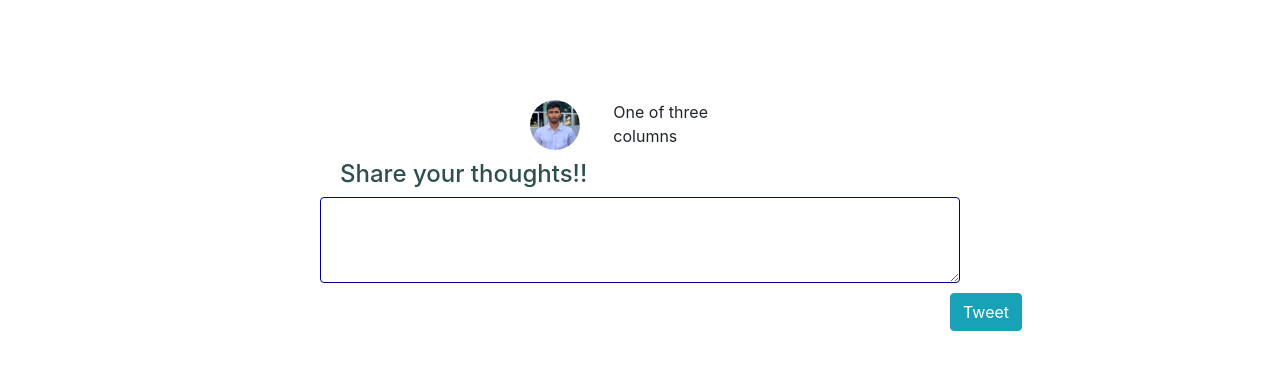
Repository: rashmikagamage/OAuth-Implementation
Page: / (app in frontend/)
These files come from the project's save history. The page is drawn as it stood at one moment and after the next save; the edit follows.
The browser window is 1280 px wide. The pictures show the whole page.
Some web libraries are served in a nearby version. The project was rebuilt for these pictures with package versions that can differ from the ones it lists, and the page was loaded fresh each time. Also part of the build but not shown: frontend/src/components/login.js, frontend/src/components/git-home.js, frontend/src/App.css.

Above is the page before, as saved 2021-09-08 10:43:53.

After the next save:
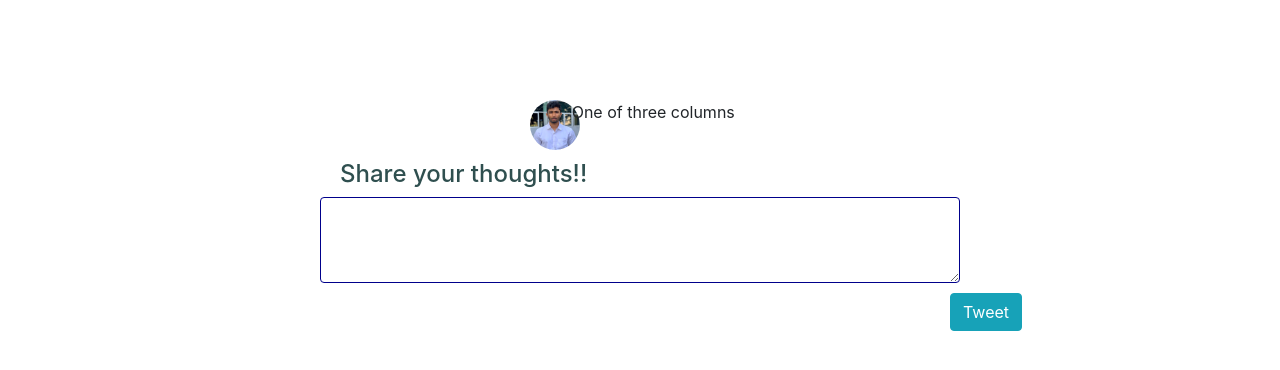
Saved 4 s later.
--- a/frontend/src/components/twitter-home.js
+++ b/frontend/src/components/twitter-home.js
@@ -12,7 +12,7 @@ function TwitterHome(props) {
     <div>
       <div class="container avatar-cont">
         <div class="row">
-          <div class="col-sm-4">
+          <div class="col-sm-2">
           <img src={avatar} alt="Avatar" class="avatar"></img>
           </div>
           <div class="col-sm">
